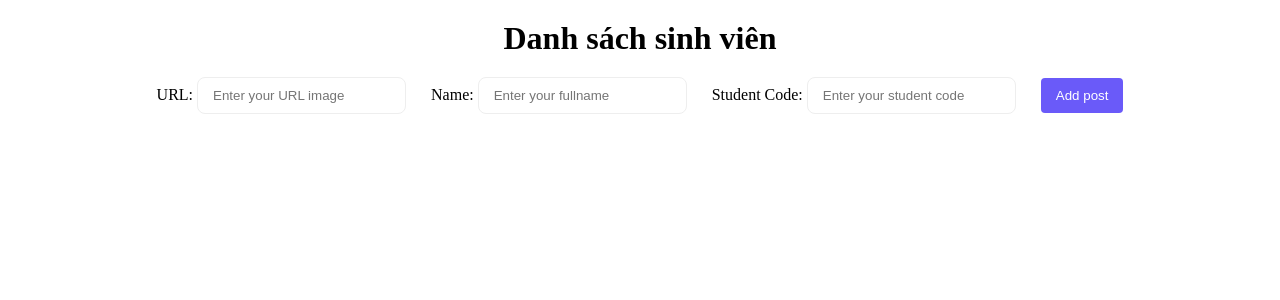
Repository: doquang195/demo-api
Page: indext.html
These files come from the project's save history. The page is drawn as it stood at one moment and after the next save; the edit follows.
The browser window is 1280 px wide. The pictures show the whole page.

Above is the page before, as saved 2023-10-04 21:50:49.

### indext.html
<!DOCTYPE html>
<html lang="en">
    <head>
        <meta charset="UTF-8" />
        <meta name="viewport" content="width=device-width, initial-scale=1.0" />
        <link rel="stylesheet" href="./reset.css" />
        <link rel="stylesheet" href="./style.css" />
        <title>Demo Rest API</title>
    </head>
    <body>
        <div>
            <h2 class="heading">Danh sách sinh viên</h2>
            <div id="list-courses"></div>
        </div>
        <form action="" class="form-post" method="post">
            <div>
                <label>URL:</label>
                <input
                    type="text"
                    name="image"
                    placeholder="Enter your URL image"
                />
            </div>
            <div>
                <label>Name:</label>
                <input
                    type="text"
                    name="name"
                    placeholder="Enter your fullname"
                />
            </div>
            <div>
                <label>Student Code:</label>
                <input
                    type="text"
                    name="code"
                    placeholder="Enter your student code"
                />
            </div>

            <button type="submit">Add post</button>
        </form>
        <script src="./app.js"></script>
    </body>
</html>

### reset.css
html {
    box-sizing: border-box;
}
* {
    margin: 0;
    padding: 0;
}
*,
*:before,
*:after {
    box-sizing: border-box;
}
input,
textarea,
select,
button {
    outline: none;
}
input {
    line-height: normal;
}
label,
button {
    cursor: pointer;
}
a {
    text-decoration: none;
}
img {
    display: block;
    max-width: 100%;
}

### style.css
.heading {
    font-size: 32px;
    text-align: center;
    padding: 20px;
}

.form-post {
    display: flex;
    justify-content: center;
    align-items: center;
    gap: 0 25px;
}

.form-post input {
    padding: 10px 15px;
    border: 1px solid #eee;
    border-radius: 8px;
}

.form-post button {
    background-color: #6a5af9;
    color: white;
    border: 0;
    outline: none;
    padding: 10px 15px;
    border-radius: 4px;
}

### app.js
// let coursesAPI = "http://localhost:3000/courses";

// function start() {
//     getCourses(renderCourses);
//     handleCreateForm();
// }

// start();

// function getCourses(callback) {
//     fetch(coursesAPI)
//         .then((res) => res.json())
//         .then(callback);
// }

// function createCourse(data, callback) {
//     let options = {
//         method: "POST",
//         headers: {
//             "Content-Type": "application/json",
//         },
//         body: JSON.stringify(data),
//     };
//     fetch(coursesAPI, options)
//         .then((res) => res.json())
//         .then(callback);
// }

// function handleDeleteCourse(id) {
//     let options = {
//         method: "DELETE",
//         headers: {
//             "Content-Type": "application/json",
//         },
//     };
//     fetch(coursesAPI + "/" + id, options)
//         .then((res) => res.json())
//         .then(function () {
//             const courseItem = document.querySelector(".course-" + id);
//             if (courseItem) {
//                 courseItem.remove();
//             }
//         });
// }

// function renderCourses(courses) {
//     let listCourses = document.querySelector("#list-courses");
//     const htmls = courses.map(function (course) {
//         return `
//             <div class="course-${course.id}" style="width: 300px, height: 300px">
//                 <h4>${course.name}</h4>
//                 <p>${course.description}</p>
//                 <button onclick="handleDeleteCourse(${course.id})">Xoa</button>
//             </div>`;
//     });
//     listCourses.innerHTML = htmls;
// }

// function handleCreateForm() {
//     const createBtn = document.querySelector("#create");
//     createBtn.onclick = function () {
//         const name = document.querySelector('input[name="name"]').value;
//         const description = document.querySelector(
//             'input[name="description"]'
//         ).value;
//         const formData = {
//             name: name,
//             description: description,
//         };
//         createCourse(formData, function () {
//             getCourses(renderCourses);
//         });
//     };
// }
const student = {
    image: "",
    studentCode: "",
    name: "",
};

// async function addPost(title, author) {
//     const response = await fetch("http://localhost:3000/courses", {
//         method: "POST",
//         body: JSON.stringify({
//             title,
//             author,
//         }),
//         headers: {
//             "Content-type": "application/json; charset=UTF-8",
//         },
//     });
//     return response;
// }

// const formPost = document.querySelector(".form-post");
// formPost.addEventListener("submit", function (e) {
//     e.preventDefault();
//     const title = this.elements["title"].value;
//     const author = this.elements["author"].value;
//     addPost(title, author);
// });

After the next save:
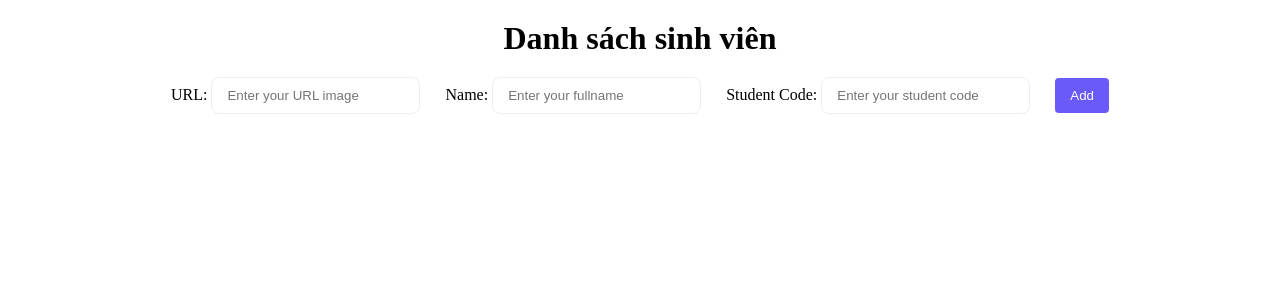
Saved 21 s later.
--- a/indext.html
+++ b/indext.html
@@ -38,7 +38,7 @@
                 />
             </div>
 
-            <button type="submit">Add post</button>
+            <button type="submit">Add</button>
         </form>
         <script src="./app.js"></script>
     </body>
